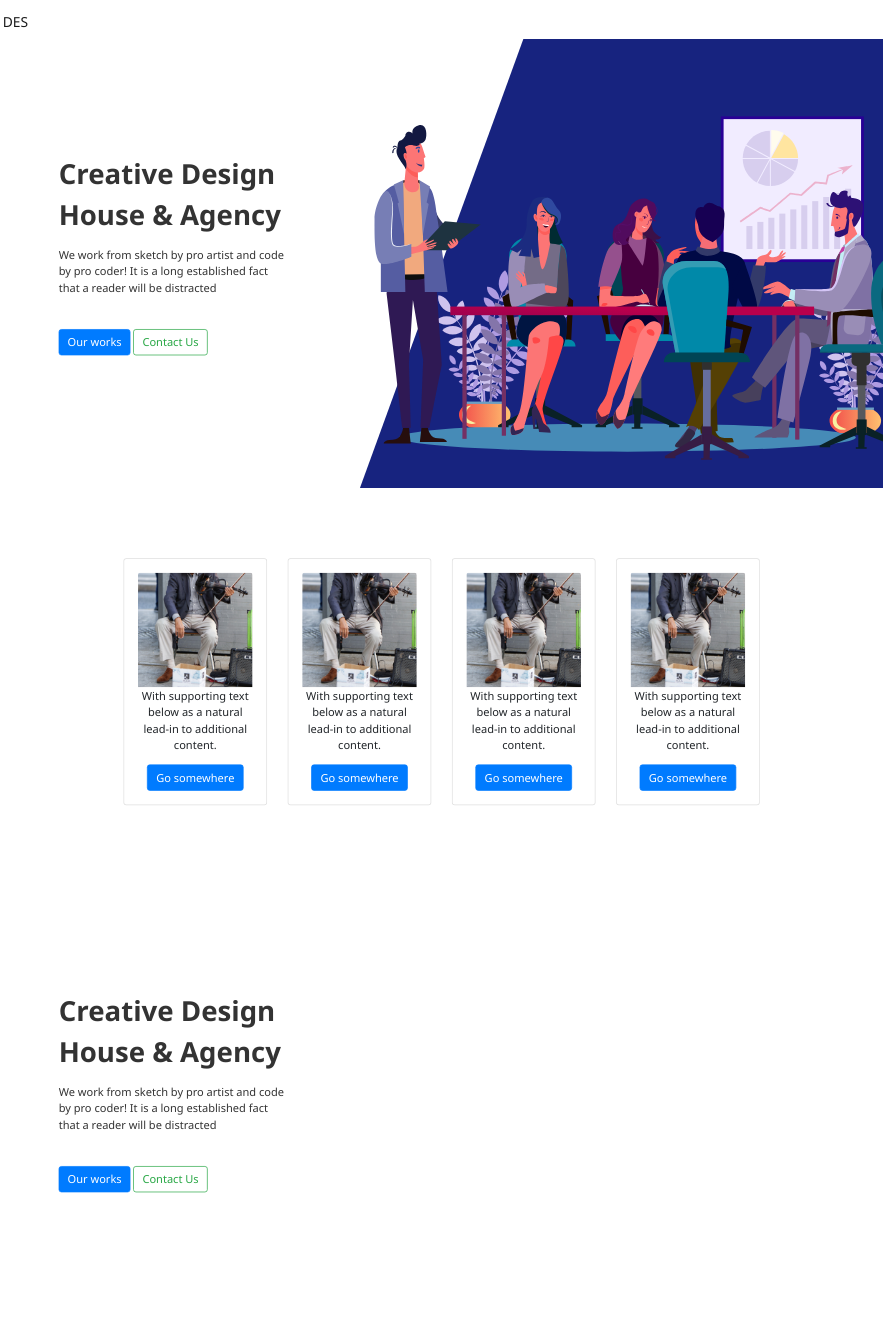
Repository: stephenkayade/Tarm
Page: index.html
An editor plug-in stored every save of this project. The page is shown before and after the next save, followed by the edit.
The browser window is 1280 px wide. The pictures show the whole page, at 69% of full size.

Above is the page before, as saved 2020-05-07 13:01:52.

### index.html
<!DOCTYPE html>
<html lang="en">

<head>
    <meta charset="UTF-8">
    <meta name="viewport" content="width=device-width, initial-scale=1.0">
    <link rel="stylesheet" href="https://stackpath.bootstrapcdn.com/bootstrap/4.4.1/css/bootstrap.min.css"
        integrity="sha384-Vkoo8x4CGsO3+Hhxv8T/Q5PaXtkKtu6ug5TOeNV6gBiFeWPGFN9MuhOf23Q9Ifjh" crossorigin="anonymous">
    <script src="https://code.jquery.com/jquery-3.4.1.slim.min.js"
        integrity="sha384-J6qa4849blE2+poT4WnyKhv5vZF5SrPo0iEjwBvKU7imGFAV0wwj1yYfoRSJoZ+n"
        crossorigin="anonymous"></script>

    <script src="https://stackpath.bootstrapcdn.com/bootstrap/4.4.1/js/bootstrap.min.js"
        integrity="sha384-wfSDF2E50Y2D1uUdj0O3uMBJnjuUD4Ih7YwaYd1iqfktj0Uod8GCExl3Og8ifwB6"
        crossorigin="anonymous"></script>
    <link rel="stylesheet" href="https://stackpath.bootstrapcdn.com/font-awesome/4.7.0/css/font-awesome.min.css">
    <link rel="stylesheet" href="css/style.css">
    <title>Document</title>
</head>

<body>
    <div class="enclose">

        <section id="nav-bar">
            <nav class="navbar navbar-expand-lg navbar-light">
                <!-- <h1>DES</h1> -->
                <h1><a class="navbar-brand ml-1" href="#">DES</a></h1>
                <button class="navbar-toggler" type="button" data-toggle="collapse" data-target="#navbarNav"
                    aria-controls="navbarNav" aria-expanded="false" aria-label="Toggle navigation">
                    <i class="fa fa-bars"></i>
                </button>

                <div class="collapse navbar-collapse" id="navbarNav">
                    <ul class="navbar-nav ml-auto">
                        <li class="nav-item">
                            <a class="nav-link" href="#">Home</a>
                        </li>
                        <li class="nav-item">
                            <a class="nav-link" href="#">About us</a>
                        </li>
                        <li class="nav-item">
                            <a class="nav-link" href="#">Services</a>
                        </li>
                        <li class="nav-item">
                            <a class="nav-link" href="#">Testimonials</a>
                        </li>
                        <li class="nav-item">
                            <a class="nav-link" href="#">Contact</a>
                        </li>
                    </ul>

                </div>
            </nav>

        </section>

        <!---------------------------banner---------------------------->
        <section id="banner">
            <div class="container">
                <div class="row">
                    <div class="col-md-6">
                        <p class="promo-title">Creative Design <br>House & Agency</p>
                        <p>We work from sketch by pro artist and code <br>
                            by pro coder! It is a long established fact <br>
                            that a reader will be distracted</p>
                        <div class="btn-control">
                            <div class="btn btn-primary">Our works</div>
                            <div class="btn btn-outline-success">Contact Us</div>
                        </div>
                    </div>

                </div>
            </div>
        </section>

        <section id="img">
            <div class="row">
                <div class="col-md-auto">
                    <div class="card text-center" style="width: 13rem;">
                        <div class="card-body">
                            <img src="./img/man-street-sitting-hat-2995066.jpg" class="card-img-top" alt="...">

                            <p class="card-text">With supporting text below as a natural lead-in to additional content.</p>
                            <a href="#" class="btn btn-primary">Go somewhere</a>
                        </div>
                    </div>
                </div>
                <div class="col-md-auto">
                    <div class="card text-center" style="width: 13rem;">
                        <div class="card-body">
                            <img src="./img/man-street-sitting-hat-2995066.jpg" class="card-img-top" alt="...">

                            <p class="card-text">With supporting text below as a natural lead-in to additional content.</p>
                            <a href="#" class="btn btn-primary">Go somewhere</a>
                        </div>
                    </div>
                </div>
                <div class="col-md-auto">
                    <!-- <div class="card" style="width: 12rem;">
                        <img src="./img/man-street-sitting-hat-2995066.jpg" class="card-img-top" alt="...">
                        <span class="card-img-top"><i class="fas fa-folder-open"></i></span>
                        <div class="card-body">
                            <h5 class="card-title text-center">Card title</h5>
                            <p class="card-text text-center">Lorem ipsum dolor sit amet consectetur, adipisicing elit. Eligendi, nisi!</p>
                            <a href="#" class="btn btn-primary ">Learn More</a>
                        </div>
                    </div> -->

                    <div class="card text-center" style="width: 13rem;">
                        <div class="card-body">
                            <img src="./img/man-street-sitting-hat-2995066.jpg" class="card-img-top" alt="...">

                            <p class="card-text">With supporting text below as a natural lead-in to additional content.</p>
                            <a href="#" class="btn btn-primary">Go somewhere</a>
                        </div>
                    </div>
                </div>
                <div class="col-md-auto">
                    <div class="card text-center" style="width: 13rem;">
                        <div class="card-body">
                            <img src="./img/man-street-sitting-hat-2995066.jpg" class="card-img-top" alt="...">

                            <p class="card-text">With supporting text below as a natural lead-in to additional content.</p>
                            <a href="#" class="btn btn-primary">Go somewhere</a>
                        </div>
                    </div>
                </div>
            </div>
        </section>

        <section id="CEO">
            <div class="container">
                <div class="about-us">

                </div>
                <div class="row">
                    <div class="col-md-6">
                        <p class="promo-title">Creative Design <br>House & Agency</p>
                        <p>We work from sketch by pro artist and code <br>
                            by pro coder! It is a long established fact <br>
                            that a reader will be distracted</p>
                        <div class="btn-control">
                            <div class="btn btn-primary">Our works</div>
                            <div class="btn btn-outline-success">Contact Us</div>
                        </div>
                    </div>

                </div>
            </div>
        </section>
    </div>


</body>

</html>

### css/style.css
*{
    margin: 0;
    padding: 0;
}
.enclose{
    margin: 1;
}
body{
    font-family: 'Segoe UI', Tahoma, Geneva, Verdana, sans-serif;
}
#nav-bar{
    position: sticky;
    top: 0;
    z-index: 10;
}
.navbar{
    background-image: cross-fade(to right, #fff,#17237f);
    padding: 0 !important;
}
.navbar-brand img{
    height:40px;
    padding-left: 20px;
}
.navbar-nav li{
    padding: 0 10px;

}
.navbar-nav li a{
    color: #fff !important;
    font-weight: 600;
    float: right;
    text-align: left;
}
.fa-bars{
    color: #fff;
    font-size: 30px !important;
}
#img{
    display: flex;
    flex-direction: row;
    justify-content: center;
    padding: 8%
}


/* ------------banner section-------------------- */
#banner{
    background: url('/img/adj.svg') no-repeat center center/cover;
    color: #333;
    padding-top: 5%;
    padding-bottom: 15%;
}
#CEO{
    /* background: url('/img/adj.svg') no-repeat center center/cover; */
    color: #333;
    padding-top: 5%;
    padding-bottom: 15%;
}
.promo-title{
    font-size: 40px;
    font-weight: 600;
    margin-top:100px ;
}
.play-btn{
    width:45px;
    margin: 20px;
}
#banner a{
    color: #fff;
    text-decoration: none;
}
.bottom-img{
    width: 100%;
}
.btn-control{
    padding-top: 2rem;
}
/* ---------------------services section---------------------- */
#services{
    padding: 80px 0;
}
.service-img{
    width: 140px;
    margin-top: 20px;
}
.services{
    padding: 20px;
}
.services h4{
    padding: 5px;
    margin-top: 25px;
    text-transform: uppercase;
}
.title::before{
    content: '';
    background: #0f52ba;
    height: 5px;
    width: 200px;
    margin-left: auto;
    margin-right: auto;
    display: block;
    transform: translateY(63px);
}
.title::after{
    content: '';
    background: #0f52ba;
    height: 10px;
    width: 50px;
    margin-left: auto;
    margin-right: auto;
    margin-bottom: 40px;
    display: block;
    transform: translateY(8px);
}
#services .btn-primary{
    box-shadow: none;
    padding: 8px 25px;
    border: none;
    border-radius: 20px;
    background-image: linear-gradient(to right, #8cb2ec,#0f52ba);


}

After the next save:
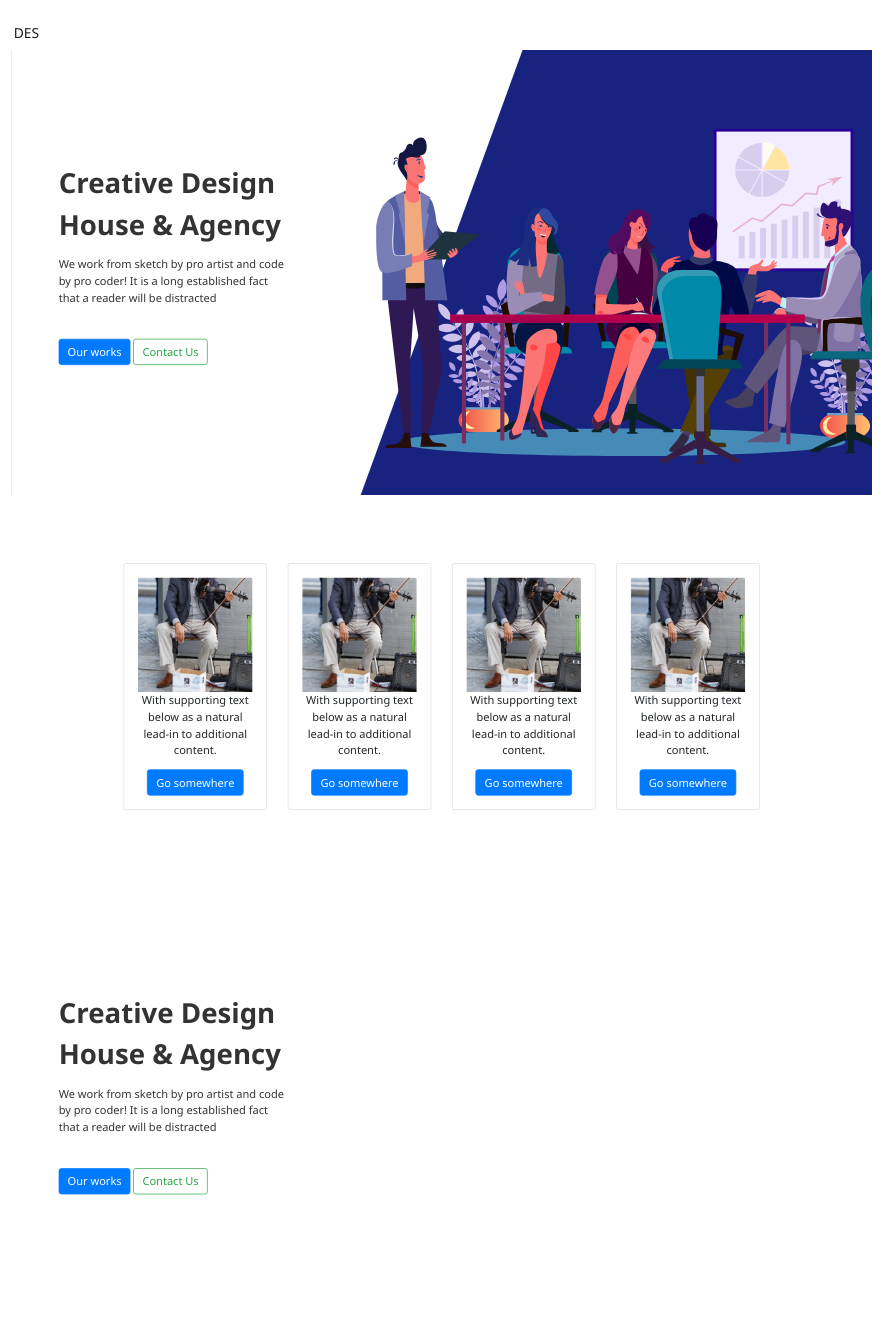
Saved 4 s later.
--- a/css/style.css
+++ b/css/style.css
@@ -3,7 +3,7 @@
     padding: 0;
 }
 .enclose{
-    margin: 1;
+    margin: 1rem;
 }
 body{
     font-family: 'Segoe UI', Tahoma, Geneva, Verdana, sans-serif;

After the save that followed:
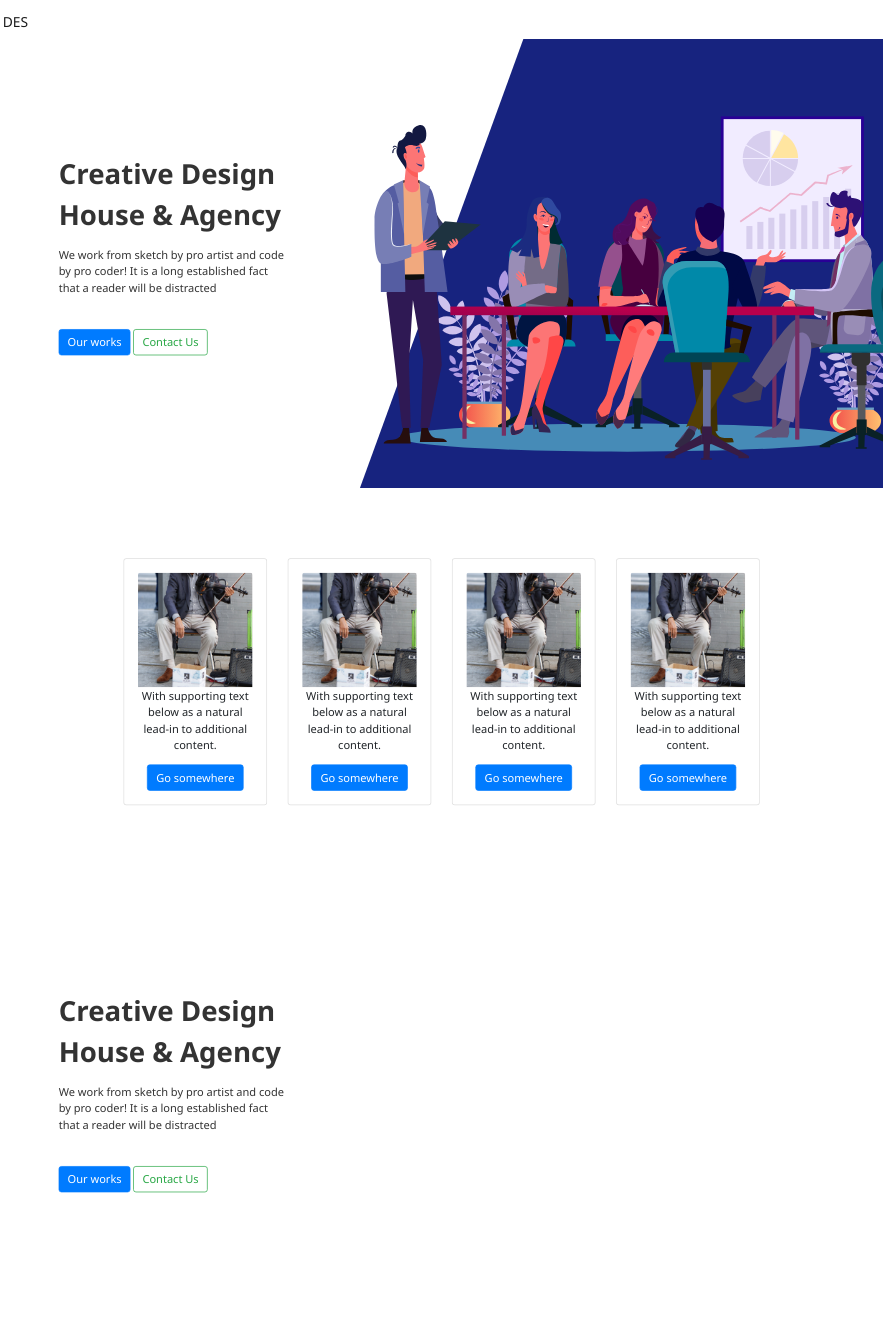
Saved 72 s later.
--- a/css/style.css
+++ b/css/style.css
@@ -2,9 +2,7 @@
     margin: 0;
     padding: 0;
 }
-.enclose{
-    margin: 1rem;
-}
+
 body{
     font-family: 'Segoe UI', Tahoma, Geneva, Verdana, sans-serif;
 }
